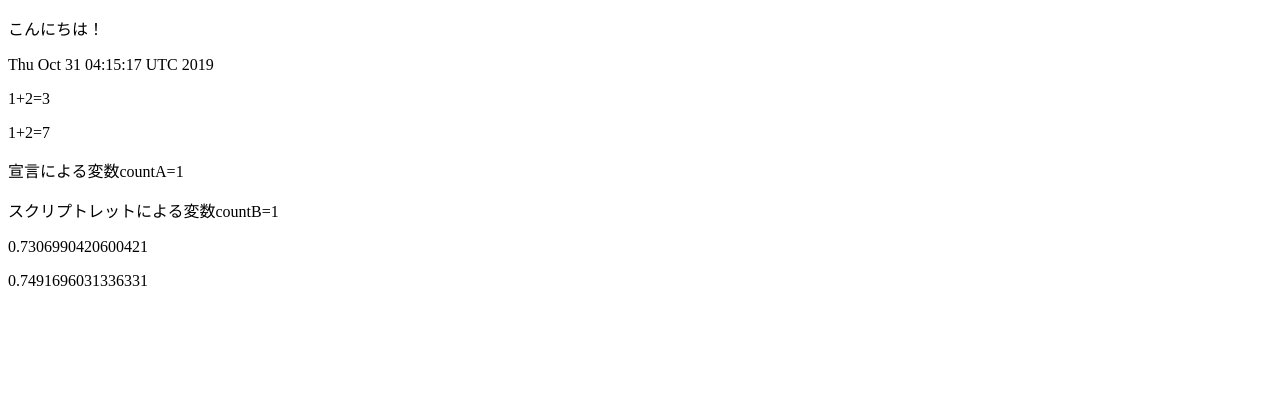
Repository: okateru/test
Page: http://localhost/HelloJSPokazaki/
The author's editor kept a copy of each file at every save. The page is drawn from the files as they stood at one save, then again after the next save.
The browser window is 1280 px wide. The pictures show the whole page.
The page is served by Tomcat 9.

Above is the page before, as saved 2019-10-31 06:35:00.

After the next save:
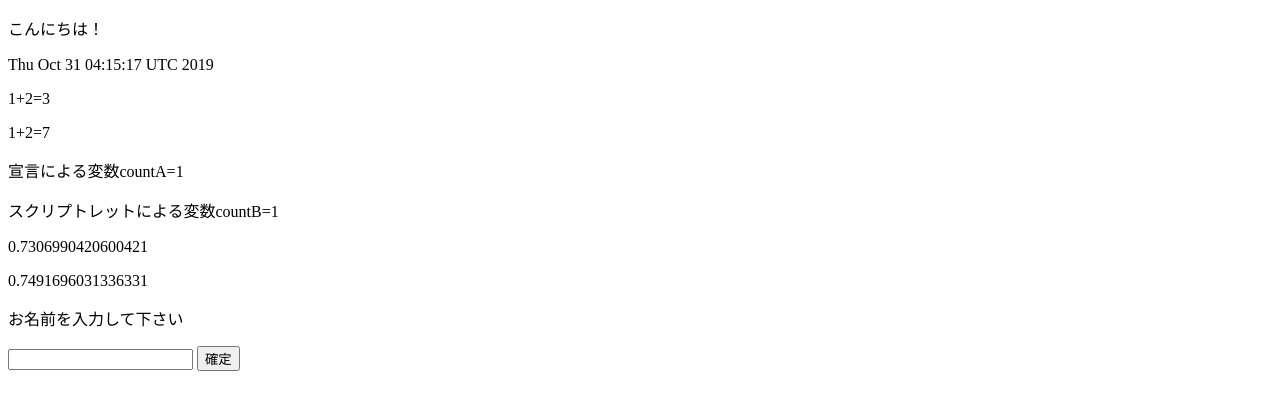
Saved 32 min 24 s later.
--- a/HelloJSPokazaki/WebContent/index.jsp
+++ b/HelloJSPokazaki/WebContent/index.jsp
@@ -29,5 +29,11 @@ countB++;
 
 <p><% out.println(Math.random()); %></p>
 <p><%=Math.random() %></p>
+
+<p>お名前を入力して下さい</p>
+<form method="post" action="greeting-out.jsp">
+<input type="text" name="user">
+<input type="submit" value="確定">
+</form>
 </body>
 </html>
